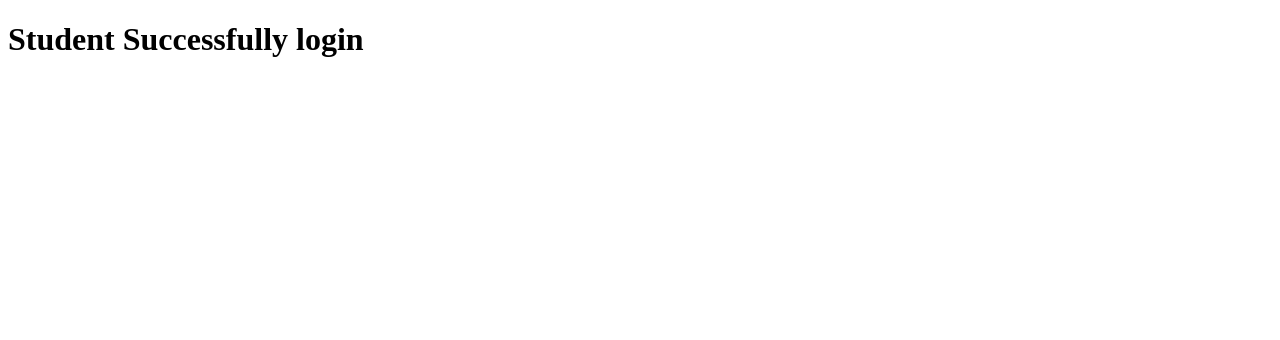
Repository: viraj2623/My_projects
Page: loginandregpr/src/main/webapp/studentwelcome.html
These files come from the project's save history. The page is drawn as it stood at one moment and after the next save; the edit follows.
The browser window is 1280 px wide. The pictures show the whole page.

Above is the page before, as saved 2025-03-05 07:59:30.

After the next save:
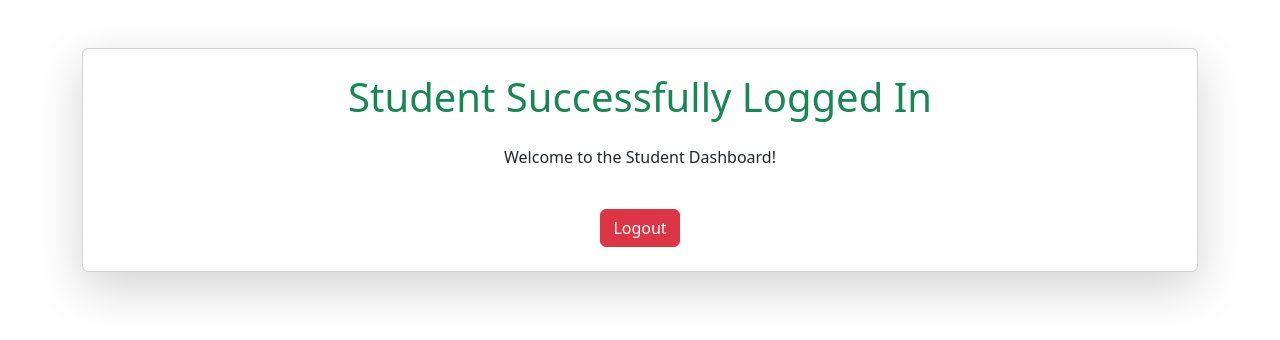
Saved 2 min 4 s later.
--- a/loginandregpr/src/main/webapp/studentwelcome.html
+++ b/loginandregpr/src/main/webapp/studentwelcome.html
@@ -1,11 +1,22 @@
 <!DOCTYPE html>
-<html>
+<html lang="en">
 <head>
-<meta charset="UTF-8">
-<title>Insert title here</title>
+    <meta charset="UTF-8">
+    <meta name="viewport" content="width=device-width, initial-scale=1.0">
+    <title>Student Dashboard</title>
+    <link rel="stylesheet" href="https://cdnjs.cloudflare.com/ajax/libs/bootstrap/5.3.0/css/bootstrap.min.css">
 </head>
 <body>
+    <div class="container mt-5 text-center">
+        <div class="card shadow-lg p-4">
+            <h1 class="text-success">Student Successfully Logged In</h1>
+            <p class="mt-3">Welcome to the Student Dashboard!</p>
+            <div class="mt-4">
 
-<h1>Student Successfully login</h1>
+                <a href="logout.html" class="btn btn-danger">Logout</a>
+            </div>
+        </div>
+    </div>
+    <script src="https://cdnjs.cloudflare.com/ajax/libs/bootstrap/5.3.0/js/bootstrap.bundle.min.js"></script>
 </body>
 </html>
